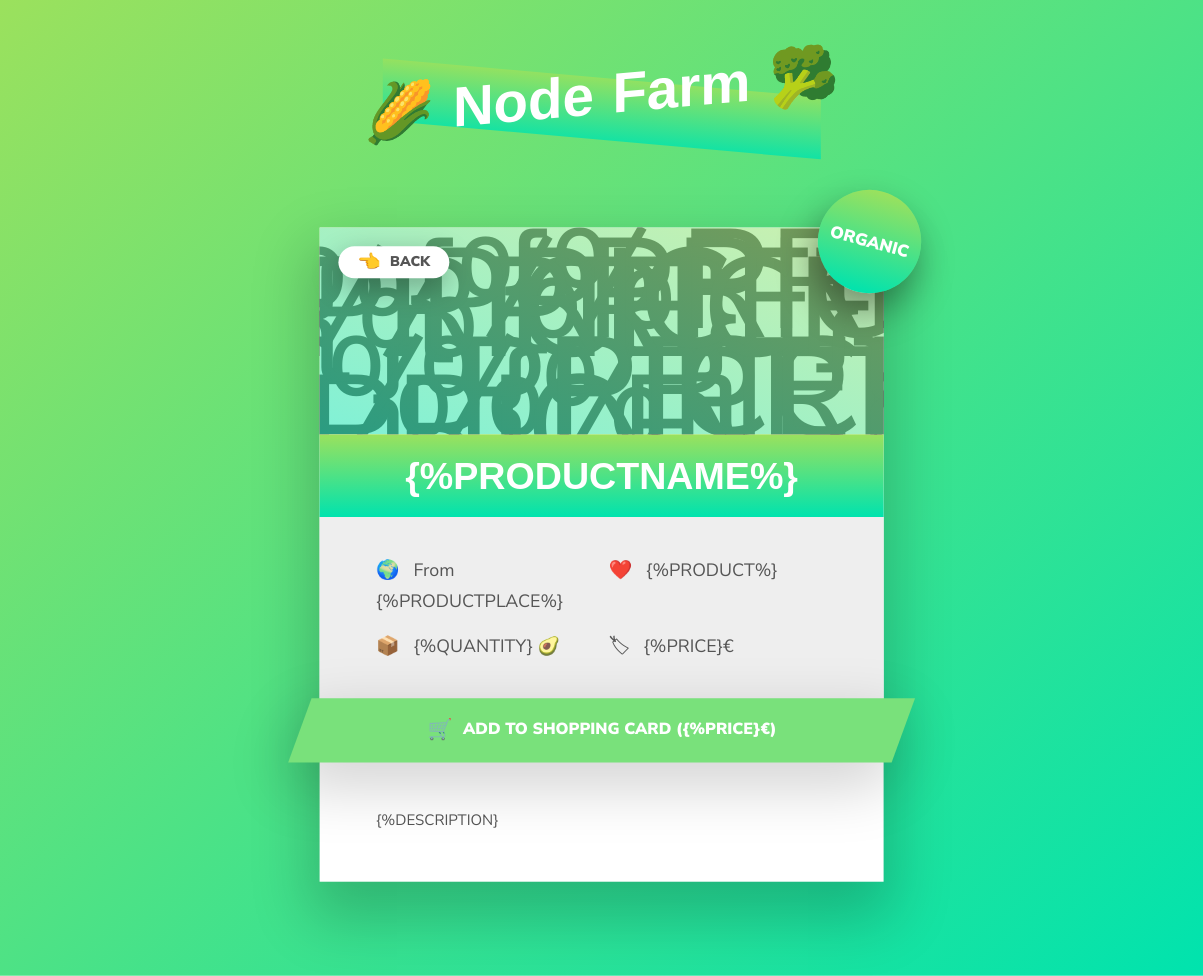
Repository: 13-Joban/Node_Farm_Backend
Page: templates/product.html
These files come from the project's save history. The page is drawn as it stood at one moment and after the next save; the edit follows.
The browser window is 1280 px wide. The pictures show the whole page, at 94% of full size.
Some web fonts or font styles are not loaded; a fallback is used.

Above is the page before, as saved 2022-07-16 17:31:37.

After the next save:
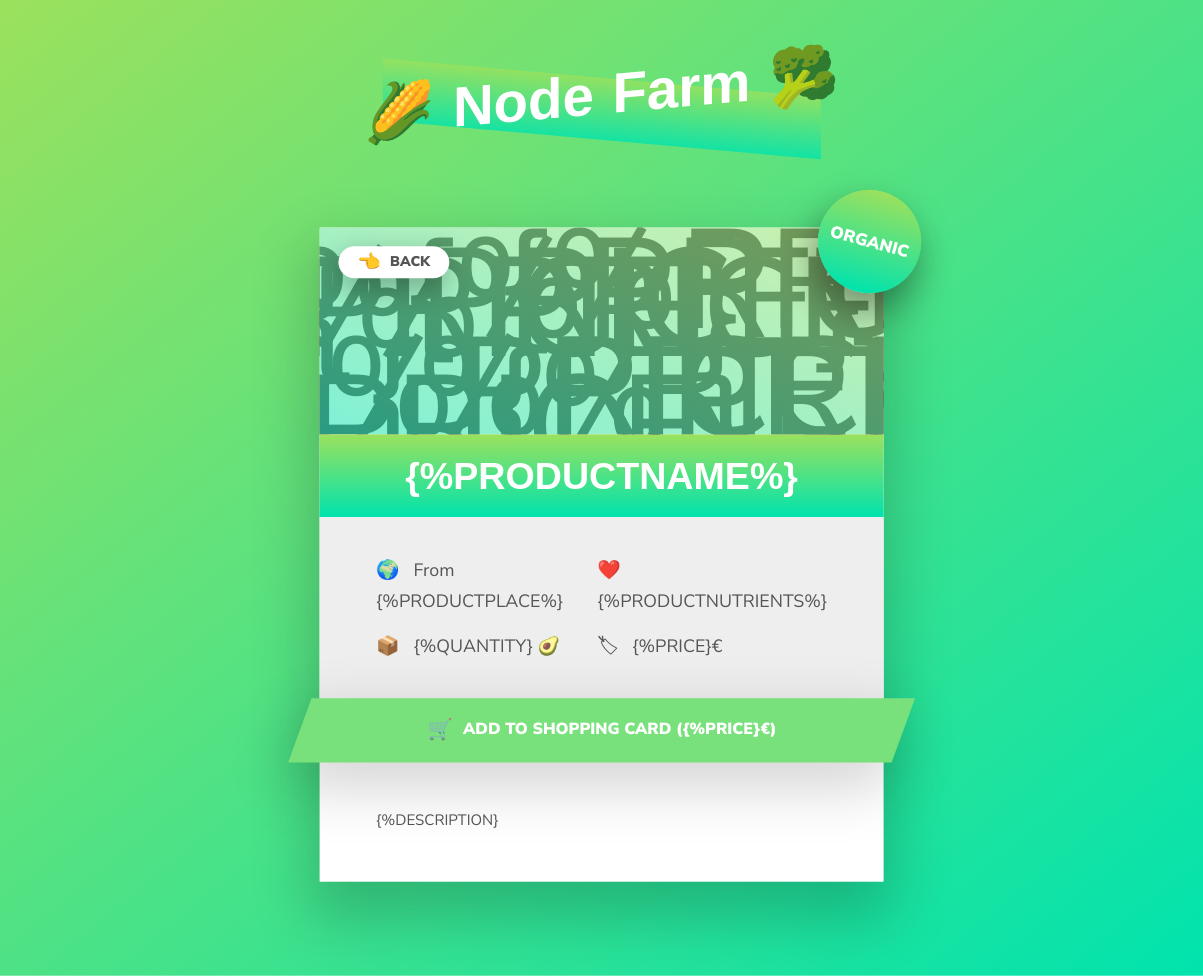
Saved 7 s later.
--- a/templates/product.html
+++ b/templates/product.html
@@ -289,7 +289,7 @@
         <h2 class="product__name">{%PRODUCTNAME%}</h2>
         <div class="product__details">
           <p><span class="emoji-left">🌍</span> From {%PRODUCTPLACE%}</p>
-          <p><span class="emoji-left">❤️</span> {%PRODUCT%}</p>
+          <p><span class="emoji-left">❤️</span> {%PRODUCTNUTRIENTS%}</p>
           <p><span class="emoji-left">📦</span> {%QUANTITY} 🥑</p>
           <p><span class="emoji-left">🏷</span> {%PRICE}€</p>
         </div>
